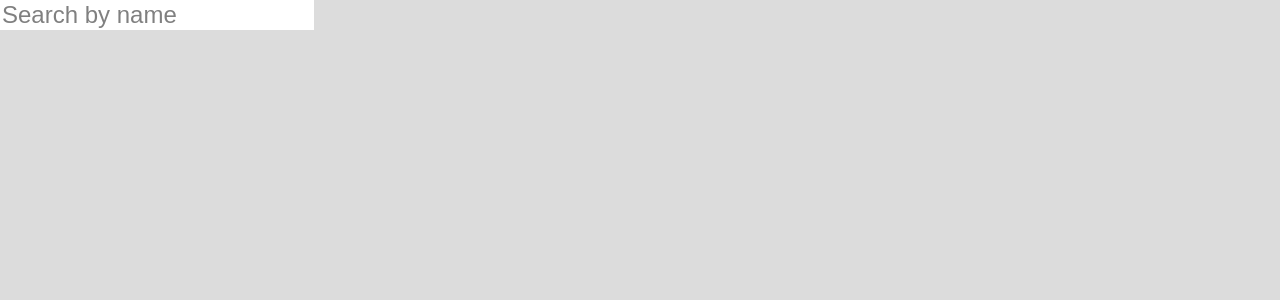
Repository: randysteele/randy-steele-hatchways-assessment-frontend
Page: /
The author's editor kept a copy of each file at every save. The page is drawn from the files as they stood at one save, then again after a run of saves.
The browser window is 1280 px wide. The pictures show the whole page.
The page's requests for data from a server got no answer. The project was rebuilt for these pictures with package versions that can differ from the ones it lists, and the page was loaded fresh each time. No one was signed in, and anything a server would have sent is missing.

Above is the page before, as saved 2020-11-27 15:55:42.

### src/index.js
import React from 'react';
import ReactDOM from 'react-dom';
import './index.css';
import App from './App';
import reportWebVitals from './reportWebVitals';
// import StudentList from './StudentList';

ReactDOM.render(
  <React.StrictMode>
    <App />
  </React.StrictMode>,
  document.getElementById('root')
);

// If you want to start measuring performance in your app, pass a function
// to log results (for example: reportWebVitals(console.log))
// or send to an analytics endpoint. Learn more: https://bit.ly/CRA-vitals
reportWebVitals();

### src/App.js
import './App.css';
import StudentList from './StudentList';


// componentDidMount = () => {
//   axios.get(`https://api.hatchways.io/assessment/students/`)
//     .then(res =>  {
//       const students = res.data.students;
//       this.setState({students});
//     })
//   }


function App() {
  return (
    <div className="App">
    <StudentList />
    </div>
  );
}

export default App;

### src/App.css
article,aside,details,figcaption,figure,footer,header,hgroup,nav,section,summary{display:block;}audio,canvas,video{display:inline-block;}audio:not([controls]){display:none;height:0;}[hidden]{display:none;}html{font-family:sans-serif;-webkit-text-size-adjust:100%;-ms-text-size-adjust:100%;}a:focus{outline:thin dotted;}a:active,a:hover{outline:0;}h1{font-size:2em;}abbr[title]{border-bottom:1px dotted;}b,strong{font-weight:700;}dfn{font-style:italic;}mark{background:#ff0;color:#000;}code,kbd,pre,samp{font-family:monospace, serif;font-size:1em;}pre{white-space:pre-wrap;word-wrap:break-word;}q{quotes:\201C \201D \2018 \2019;}small{font-size:80%;}sub,sup{font-size:75%;line-height:0;position:relative;vertical-align:baseline;}sup{top:-.5em;}sub{bottom:-.25em;}img{border:0;}svg:not(:root){overflow:hidden;}fieldset{border:1px solid silver;margin:0 2px;padding:.35em .625em .75em;}button,input,select,textarea{font-family:inherit;font-size:100%;margin:0;}button,input{line-height:normal;}button,html input[type=button],/* 1 */input[type=reset],input[type=submit]{-webkit-appearance:button;cursor:pointer;}button[disabled],input[disabled]{cursor:default;}input[type=checkbox],input[type=radio]{box-sizing:border-box;padding:0;}input[type=search]{-webkit-appearance:textfield;-moz-box-sizing:content-box;-webkit-box-sizing:content-box;box-sizing:content-box;}input[type=search]::-webkit-search-cancel-button,input[type=search]::-webkit-search-decoration{-webkit-appearance:none;}textarea{overflow:auto;vertical-align:top;}table{border-collapse:collapse;border-spacing:0;}body,figure{margin:0;}legend,button::-moz-focus-inner,input::-moz-focus-inner{border:0;padding:0;}

.clearfix:after {visibility: hidden; display: block; font-size: 0; content: ''; clear: both; height: 0; }

* { -moz-box-sizing: border-box; -webkit-box-sizing: border-box; box-sizing: border-box; }

body {
  font-family: 'Raleway', sans-serif;
  line-height: 0.8;
  background-color: gainsboro;
  color: grey;
}

.StudentList {
  background-color: white;
  width: 800px;
  min-height: 400px;
  max-height: 600px;
  overflow: hidden;
  overflow-y: scroll;
  margin: 50px auto;
  border-radius: 15px;
  box-shadow: grey 0px 4px 4px;
  position: relative;
}

.searchForm {
  width: 100%;
  text-align: center;
}

input {
  border: 0;
  border-bottom: solid 1px gainsboro;
  font-size: 1.5rem;
  font-family: 'Raleway', sans-serif;
}

.searchForm input {
  width: 95%;
  padding: 15px 0;
  margin: 0 auto;
}

input:focus {
  outline: none;
  border-bottom: solid 1px black;
}

input::placeholder {
  color: grey;
}

.student {
  border-bottom: solid 1px gainsboro;
  display: flex;
  padding-left: 30px;
}

.student:last-child {
  border-bottom: solid 1px transparent;
}

.student .robotAvatar {
  width: 120px;
  height: 120px;
  border-radius: 50%;
  border: solid 1px grey;
  margin-right: 20px;
  margin-top: 15px;
}

.studentName {
  text-transform: uppercase;
  color: black;
  font-size: 1.5rem;
  font-weight: 700;
}

.infoIndented {
  padding-left: 25px;
}

.buttonHolder {
  position: absolute;
  right: 15px;
  padding-top: 15px;
}

.buttonHolder button {
  border: 0;
  background-color: inherit;
}

.buttonHolder button:focus {
  outline: none;
}

.buttonHolder i {
  font-size: 1.5rem;
  color: grey;
}

.grade {
  padding-left: 15px;
}

.gradeList {
  line-height: 0.2;
  padding-top: px;
}

.tagButton {
  border: 0;
  border-radius: 5px;
  background-color: gainsboro;
  padding: 10px 20px;
}

.tagForm {
  width: 200px;
  padding-top: 0;
  padding-bottom: 15px;
}

.tagForm input {
  width: 100%;
  padding: 7px 0px;
  font-size: 1rem;
}

.tag {
  color: black;
  background-color: gainsboro;
  border-radius: 7px;
  display: inline-block;
  margin-right: 10px;
  padding: 10px;
}

### src/StudentList.js
import React from 'react';
import axios from 'axios';


export default class StudentList extends React.Component {

state = {
    students:  []
}


    // Average() {
    //   const grades = this.state.students.grades
    //   const sum = grades.reduce(a, b)
    //   const average = `${(sum / (grades.length))}%`
    // }}


    componentDidMount() {
        axios.get(`https://api.hatchways.io/assessment/students/`)
          .then(res =>  {
            const students = res.data.students;
            this.setState({students});
          })
      }


    //   sum = this.state.students.grades.reduce((previous, current) => current += previous);
    //   avg = sum / this.state.students.grades.length

    //   average(grades){
    //       return grades.reduce((a, b) => ( a + b) ) / this.state.students.grades.length
    //   }

    // calcAverage = (grades) => {
    //     var sum = 0;
    //     grades.forEach ((grade) => {
    //     sum += parseInt(grade); });
    //     return sum / grades.length;
    // }

    handleNameChange = (event) => {
        const searchQuery = event.target.value.toLowerCase();

        const match = (students) => {
          return (
            students.firstName.includes(searchQuery) || students.lastName.includes(searchQuery)
          )
        }

        const filteredArray = this.state.students.filter(match)

        this.setState({
          inputValue: event.target.value
        })
      }

      render() {
        return (
            <div className="studentInfo">
                <form>
                <input type="text" placeholder="Search by name" onChange={this.handleNameChange}/>

                </form>
                {this.state.students.map(student => <li> {student.pic} {student.firstName} {student.lastName} <br></br> Email: {student.email} <br></br>Company: {student.company} <br></br>Skill: {student.skill} <br></br> </li>)}
                {/* Average: {this.props.students.average} */}
                {/* {this.state.students.grades.reduce((previous, current) => current += previous / this.state.students.grades.length)} */}
            </div>
        )

        // Average: {student.grades.reduce((previous, current) => current += previous) / student.grades.length}</li>)}
    }

}        // Average: {student.grades.reduce((previous, current) => current += previous) / student.grades.length}</li>)}

Loaded but not shown: public/index.html (common file); src/index.css (common file); src/reportWebVitals.js (common file)

After the next 2 saves:
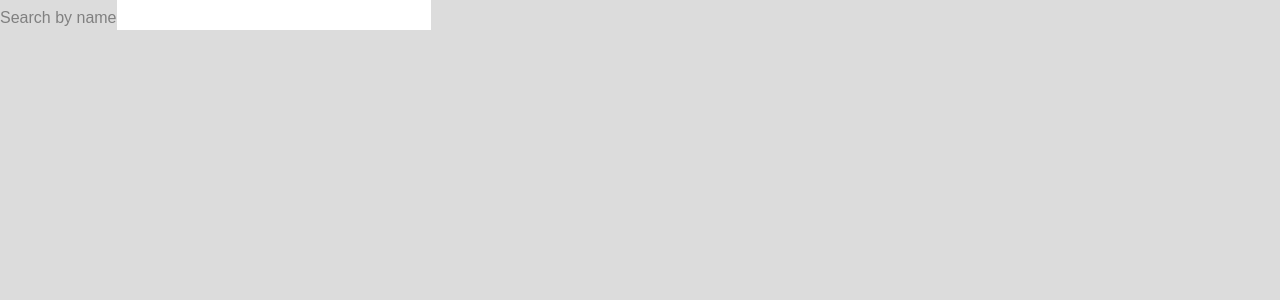
The 2 saves are shown as one change because 1 did not build or start.
The last was saved 14 min 48 s later.
--- a/src/StudentList.js
+++ b/src/StudentList.js
@@ -39,36 +39,44 @@ state = {
     //     return sum / grades.length;
     // }
 
-    handleNameChange = (event) => {
-        const searchQuery = event.target.value.toLowerCase();
+    // handleNameChange = (event) => {
+    //     const searchQuery = event.target.value.toLowerCase();
 
-        const match = (students) => {
-          return (
-            students.firstName.includes(searchQuery) || students.lastName.includes(searchQuery)
-          )
-        }
+    //     const match = (students) => {
+    //       return (
+    //         students.firstName.includes(searchQuery) || students.lastName.includes(searchQuery)
+    //       )
+    //     }
 
-        const filteredArray = this.state.students.filter(match)
+    //     const filteredArray = this.state.students.filter(match)
 
-        this.setState({
-          inputValue: event.target.value
-        })
-      }
+    //     this.setState({
+    //       inputValue: event.target.value
+    //     })
+    //   }
 
-      render() {
-        return (
-            <div className="studentInfo">
-                <form>
-                <input type="text" placeholder="Search by name" onChange={this.handleNameChange}/>
+    //   render() {
+    //     return (
+    //         <div className="studentInfo">
+    //             <form>
+    //             <input type="text" placeholder="Search by name" onChange={this.handleNameChange}/>
 
-                </form>
-                {this.state.students.map(student => <li> {student.pic} {student.firstName} {student.lastName} <br></br> Email: {student.email} <br></br>Company: {student.company} <br></br>Skill: {student.skill} <br></br> </li>)}
-                {/* Average: {this.props.students.average} */}
-                {/* {this.state.students.grades.reduce((previous, current) => current += previous / this.state.students.grades.length)} */}
-            </div>
-        )
+    //             </form>
+    //             {this.state.students.map(student => <li> {student.pic} {student.firstName} {student.lastName} <br></br> Email: {student.email} <br></br>Company: {student.company} <br></br>Skill: {student.skill} <br></br> </li>)}
+    //             {/* Average: {this.props.students.average} */}
+    //             {/* {this.state.students.grades.reduce((previous, current) => current += previous / this.state.students.grades.length)} */}
+    //         </div>
+    //     )
 
         // Average: {student.grades.reduce((previous, current) => current += previous) / student.grades.length}</li>)}
-    }
 
-}        // Average: {student.grades.reduce((previous, current) => current += previous) / student.grades.length}</li>)}
+
+        // Average: {student.grades.reduce((previous, current) => current += previous) / student.grades.length}</li>)}
+
+        render() {
+            return(
+                <div>
+                <label htmlFor="search">Search by name</label>
+                <input type="text" value ={this.state.inputValue} onChange={this.handleNameChange}/>
+                </div>
+            )}}
